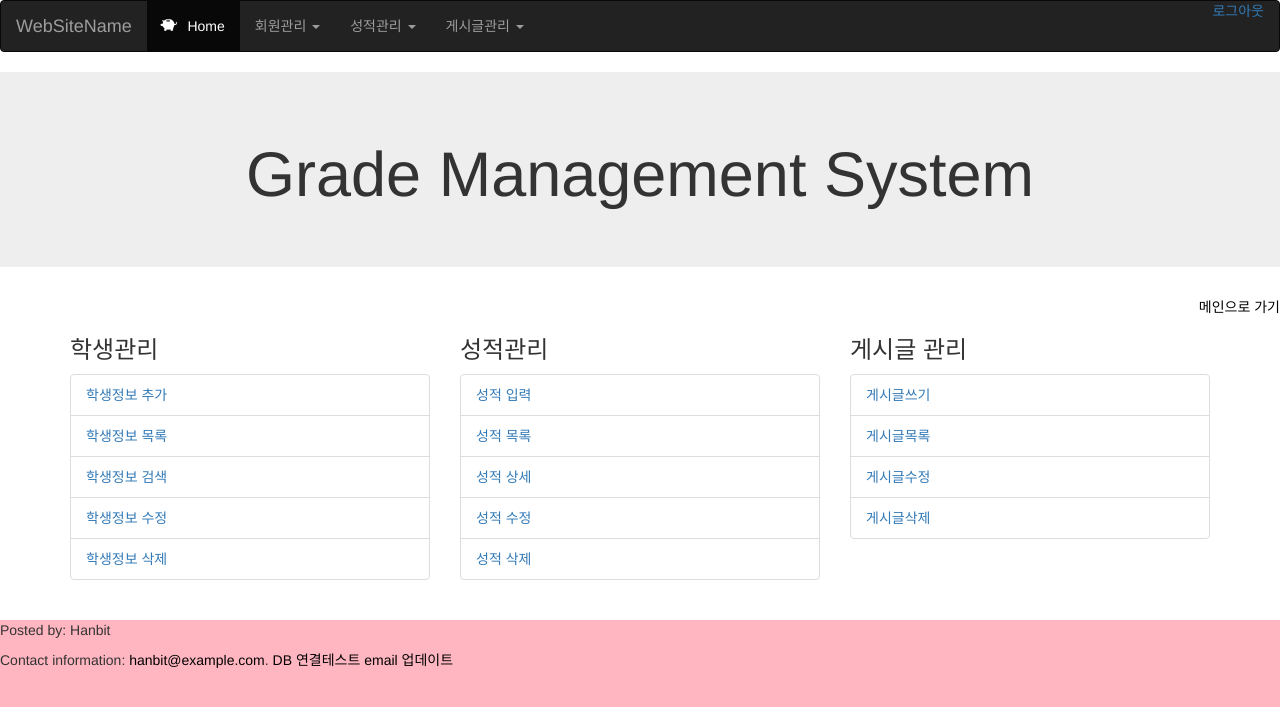
Repository: jeonghyunseok/GMSUI
Page: http://localhost/GMS2/WEB-INF/view/common/main.jsp
These files come from the project's save history. The page is drawn as it stood at one moment and after the next save; the edit follows.
The browser window is 1280 px wide. The pictures show the whole page.
Some web libraries are served in a nearby version. The page is served by Tomcat 9. Nobody is signed in. The template is opened directly, without the code that normally fills it, so the values that code supplies are empty.

Above is the page before, as saved 2017-08-16 01:57:43.

After the next save:
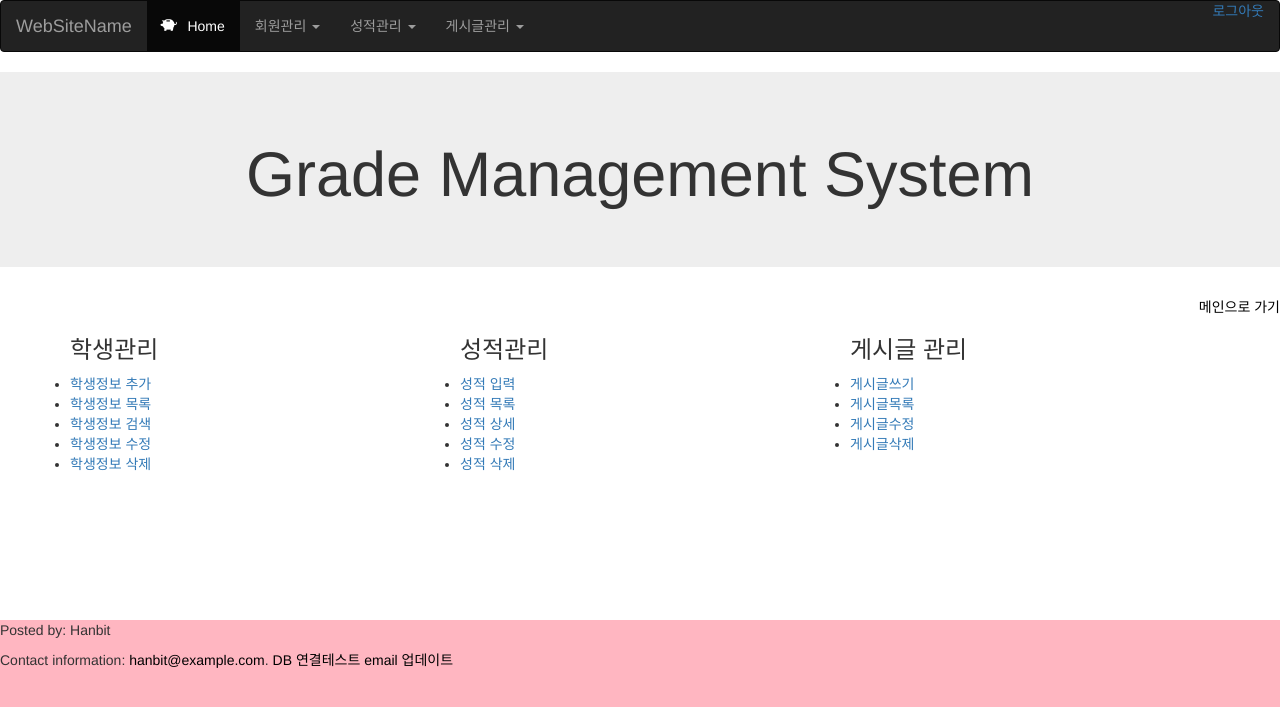
Console error: ReferenceError: vari is not defined
Saved 34 min 5 s later.
--- a/GMS2/WebContent/WEB-INF/view/common/main.jsp
+++ b/GMS2/WebContent/WEB-INF/view/common/main.jsp
@@ -4,34 +4,75 @@
 	<div class="row">
 		<div class="col-sm-4">
 		<h3>학생관리</h3>
-		 <ul class="list-group">
-            <li class="list-group-item"><a onclick="moveTo('member','member_add')">학생정보 추가</a></li>
-            <li class="list-group-item"><a onclick="moveTo('member','member_list')">학생정보 목록</a></li>
-            <li class="list-group-item"><a onclick="moveTo('member','member_search')">학생정보 검색</a></li>
-            <li class="list-group-item"><a onclick="moveTo('member','member_update')">학생정보 수정</a></li>
-            <li class="list-group-item"><a onclick="deleteTo('member')">학생정보 삭제</a></li>
+		 <ul id="ul_stu" >
+            <li><a >학생정보 추가</a></li>
+            <li ><a >학생정보 목록</a></li>
+            <li ><a >학생정보 검색</a></li>
+            <li><a >학생정보 수정</a></li>
+            <li ><a >학생정보 삭제</a></li>
             </ul>
 	    </div>
 		<div class="col-sm-4">
 		 	<h3>성적관리</h3>
-		 	 <ul class="list-group">
-	               <li class="list-group-item"><a onclick="moveTo('grade','grade_add')">성적 입력</a></li>
-	               <li class="list-group-item"><a onclick="moveTo('grade','grade_list')">성적 목록</a></li>
-	               <li class="list-group-item"><a onclick="moveTo('grade','grade_detail')">성적 상세</a></li>
-	               <li class="list-group-item"><a onclick="moveTo('grade','grade_update')">성적 수정</a></li>
-	               <li class="list-group-item"><a onclick="deleteTo('grade')">성적 삭제</a></li>
+		 	 <ul id="ul_grade">
+	               <li ><a>성적 입력</a></li>
+	               <li><a >성적 목록</a></li>
+	               <li ><a >성적 상세</a></li>
+	               <li ><a >성적 수정</a></li>
+	               <li ><a >성적 삭제</a></li>
 	            </ul>
 		</div>
 		<div class="col-sm-4">
 	    <h3>게시글 관리</h3>
-	     <ul class="list-group">
-	               <li class="list-group-item"><a onclick="moveTo('board','board_add')">게시글쓰기</a></li>
-	               <li class="list-group-item"><a onclick="moveTo('board','board_list')">게시글목록</a></li>
-	               <li class="list-group-item"><a onclick="moveTo('board','board_update')">게시글수정</a></li>
-	              <li class="list-group-item"><a onclick="deleteTo('board')">게시글삭제</a></li>
+	     <ul id="ul_board">
+	               <li ><a onclick="moveTo('board','board_add')">게시글쓰기</a></li>
+	               <li ><a onclick="moveTo('board','board_list')">게시글목록</a></li>
+	               <li><a onclick="moveTo('board','board_update')">게시글수정</a></li>
+	              <li ><a onclick="deleteTo('board')">게시글삭제</a></li>
 	            </ul>
 		</div>
 		</div>
 	</div>
+<script>
+ 	var u1=document.getElementById("ul_stu");
+ 	var u2=document.getElementById("ul_grade");
+ 	var u3=document.getElementById("ul_board");
+ u1.setAttribute("class","list-group");
+ u2.setAttribute("class","list-group");
+ u3.setAttribute("class","list-group");
+ 	var ul_stu=u1.children;
+ 	var ul_grade=u2.children;
+ 	var ul_board=u3.children;
+ 	vari;
+ 	for(i=0;ul_stu.length;i++){
+ 		ul_stu[i].setAttribute("class","list-group-item");
+ 	}
+ 	for(i=0;ul_grade.length;i++){
+ 		ul_stu[i].setAttribute("class","list-group-item");
+ 	}
+ 	for(i=0;ul_board.length;i++){
+ 		ul_stu[i].setAttribute("class","list-group-item");
+ 	}
 
+ 	function deleteTarget(target){
+ 		prompt(target+'의 ID?');
+ 	}
+ 	ul_stu[0].setAttribute("onclick","moveTo('member','member_add')");
+ 	ul_stu[1].setAttribute("onclick","moveTo('member','member_list')");
+ 	ul_stu[2].setAttribute("onclick","moveTo('member','member_search')");
+ 	ul_stu[3].setAttribute("onclick","moveTo('member','member_update')");
+ 	ul_stu[4].setAttribute("onclick","deleteTarget('학생')");
+
+ 	ul_grade[0].setAttribute("onclick","moveTo('grade','grade_add')");
+ 	ul_grade[1].setAttribute("onclick","moveTo('grade','grade_list')");
+ 	ul_grade[2].setAttribute("onclick","moveTo('grade','grade_detail')");
+ 	ul_grade[3].setAttribute("onclick","moveTo('grade','grade_update')");
+ 	ul_grade[4].setAttribute("onclick","deleteTarget('성적')");
+
+ 	ul_board[0].setAttribute("onclick","moveTo('board','board_add')");
+ 	ul_board[1].setAttribute("onclick","moveTo('board','board_list')");
+ 	ul_board[2].setAttribute("onclick","moveTo('board','board_update')");
+ 	ul_board[3].setAttribute("onclick","deleteTarget('게시글')");
+
+</script>
 <jsp:include page="footer.jsp"></jsp:include>
